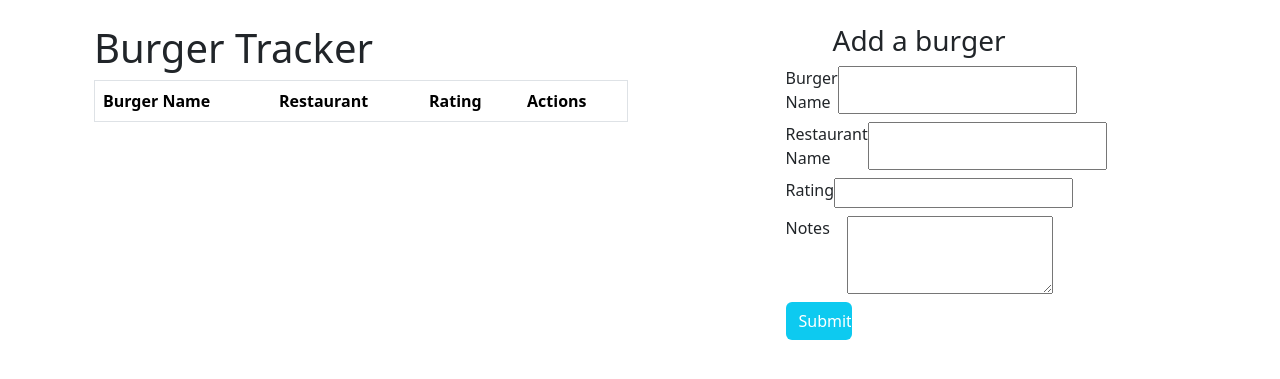
Repository: Hokusai12/Java_Dojo
Page: http://localhost/burgertracker/WEB-INF/index.jsp
The author's editor kept a copy of each file at every save. The page is drawn from the files as they stood at one save, then again after the next save.
The browser window is 1280 px wide. The pictures show the whole page.
The page is served by Tomcat 9. Nobody is signed in. Other server files are loaded and not shown. The template is opened directly, without the code that normally fills it, so the values that code supplies are empty.

Above is the page before, as saved 2023-03-05 20:46:32.

### Spring/MVC/burgertracker/src/main/webapp/WEB-INF/index.jsp
<%@ page language="java" contentType="text/html; charset=ISO-8859-1"
	pageEncoding="ISO-8859-1"%>
<%@ taglib prefix="c" uri="http://java.sun.com/jsp/jstl/core"%>
<%@ taglib prefix="form" uri="http://www.springframework.org/tags/form"%>
<%@ page isErrorPage="true"%>
<!DOCTYPE html>
<html>
<head>
<meta charset="ISO-8859-1">
<link
	href="https://cdn.jsdelivr.net/npm/bootstrap@5.3.0-alpha1/dist/css/bootstrap.min.css"
	rel="stylesheet"
	integrity="sha384-GLhlTQ8iRABdZLl6O3oVMWSktQOp6b7In1Zl3/Jr59b6EGGoI1aFkw7cmDA6j6gD"
	crossorigin="anonymous">
<title>Burgerator</title>
</head>
<body>
	<div class="container mt-4 d-flex justify-content-around">
		<div class="container col-6">
			<h1>Burger Tracker</h1>
			<table class="table border">
				<thead>
					<tr>
						<th>Burger Name</th>
						<th>Restaurant</th>
						<th>Rating</th>
						<th>Actions</th>
					</tr>
				</thead>
				<tbody>
					<c:forEach items="${burgers}" var="burger">
						<tr>
							<td>${burger.name}</td>
							<td>${burger.restaurant}</td>
							<td>${burger.rating}</td>
							<td><a href="/burgers/edit/${burger.id}">Edit</a></td>
						</tr>
					</c:forEach>
				</tbody>
			</table>
		</div>
		<div class="container d-flex flex-column align-items-center justify-content-center">
			<h3>Add a burger</h3>
			<form:form class="d-flex flex-column gap-2 col-6 " action="/"
				method="POST" modelAttribute="burger">
				<div class="d-flex justify-content-between">
					<form:label path="name">Burger Name</form:label>
					<form:input type="text" path="name" />
				</div>
				<form:errors class="text-danger" path="name" />
				<div class="d-flex justify-content-between">
					<form:label path="restaurant">Restaurant Name</form:label>
					<form:input type="text" path="restaurant" />
				</div>
				<form:errors class="text-danger" path="restaurant" />
				<div class="d-flex justify-content-between">
					<form:label path="rating">Rating</form:label>
					<form:input type="number" path="rating" step="0.1" />
				</div>
				<form:errors class="text-danger" path="rating" />
				<div class="d-flex justify-content-between">
					<form:label path="notes">Notes</form:label>
					<form:textarea path="notes" id="notes" cols="20" rows="3"></form:textarea>
				</div>
				<form:errors class="text-danger" path="notes" />
				<input
					class="col-3 btn bg-info text-white <align-self-end></align-self-end>"
					type="submit" value="Submit" />
			</form:form>
		</div>
	</div>
</body>
</html>

After the next save:
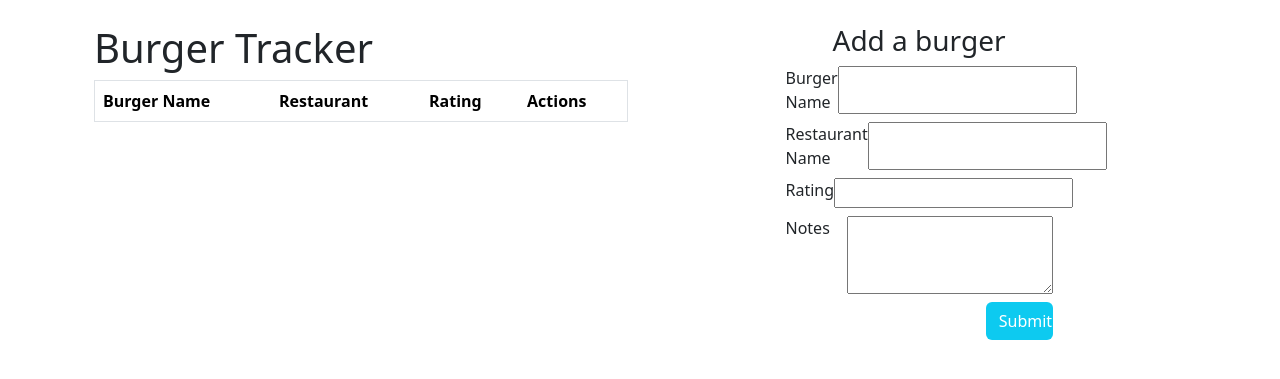
Saved 18 s later.
--- a/Spring/MVC/burgertracker/src/main/webapp/WEB-INF/index.jsp
+++ b/Spring/MVC/burgertracker/src/main/webapp/WEB-INF/index.jsp
@@ -64,7 +64,7 @@
 				</div>
 				<form:errors class="text-danger" path="notes" />
 				<input
-					class="col-3 btn bg-info text-white <align-self-end></align-self-end>"
+					class="col-3 btn bg-info text-white align-self-end"
 					type="submit" value="Submit" />
 			</form:form>
 		</div>
